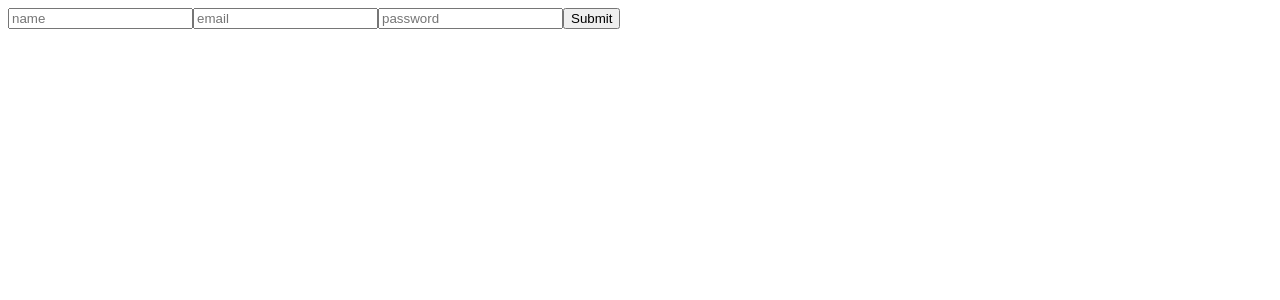
Repository: nileshwankhede03/React-Practices
Page: / (app in form-handling/)
An editor plug-in stored every save of this project. The page is shown before and after a run of saves, followed by the edit.
The browser window is 1280 px wide. The pictures show the whole page.
The project was rebuilt for these pictures with package versions that can differ from the ones it lists, and the page was loaded fresh each time. Also part of the build but not shown: form-handling/vite.config.js, form-handling/src/index.css.

Above is the page before, as saved 2026-10-05 12:22:31.

After the next 2 saves:
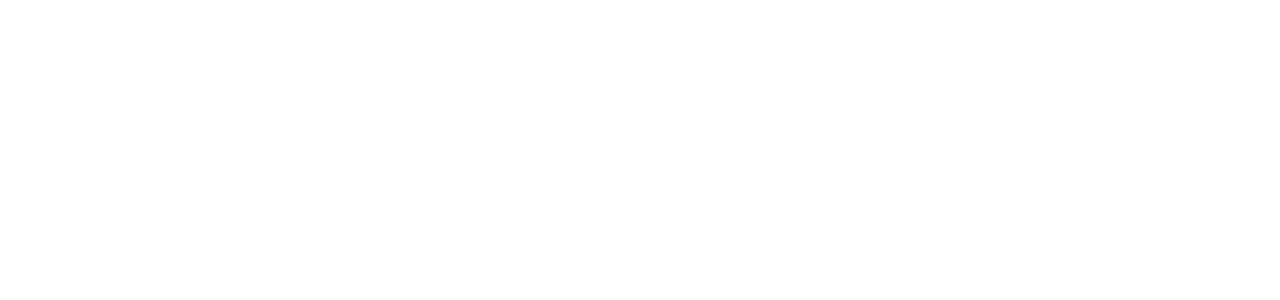
Console error: ReferenceError: handleChange is not defined
The 2 saves are shown as one change because they came seconds apart.
The last was saved 16 s later.
--- a/form-handling/src/components/Form.jsx
+++ b/form-handling/src/components/Form.jsx
@@ -3,7 +3,7 @@
 const Form = () => {
   return (
     <div>
-      <input type="text" placeholder="name" />
+      <input onChange={handleChange} type="text" placeholder="name" />
       <input type="text" placeholder="email" />
       <input type="text" placeholder="password" />
       <button>Submit</button>

After the 6 saves that followed:
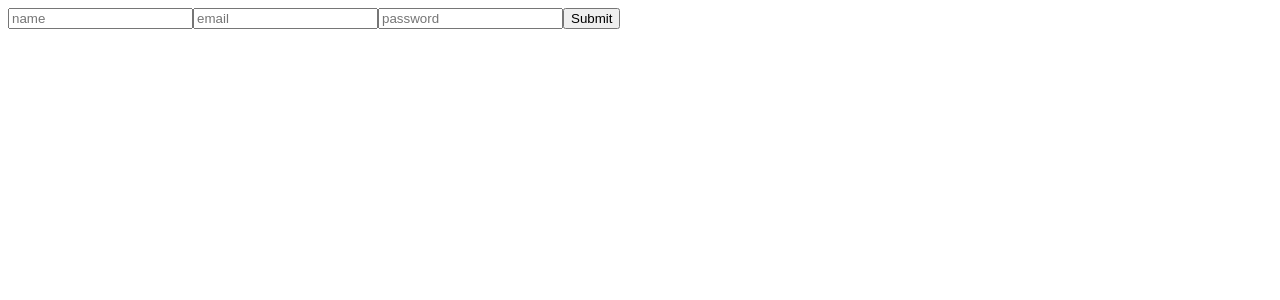
The error is gone.
The 6 saves are shown as one change because 1 left the picture as it was and some came seconds apart.
The last was saved 17 s later.
--- a/form-handling/src/components/Form.jsx
+++ b/form-handling/src/components/Form.jsx
@@ -1,6 +1,7 @@
+const Form = () => {
 
+  const handleChange = () => {};
 
-const Form = () => {
   return (
     <div>
       <input onChange={handleChange} type="text" placeholder="name" />
